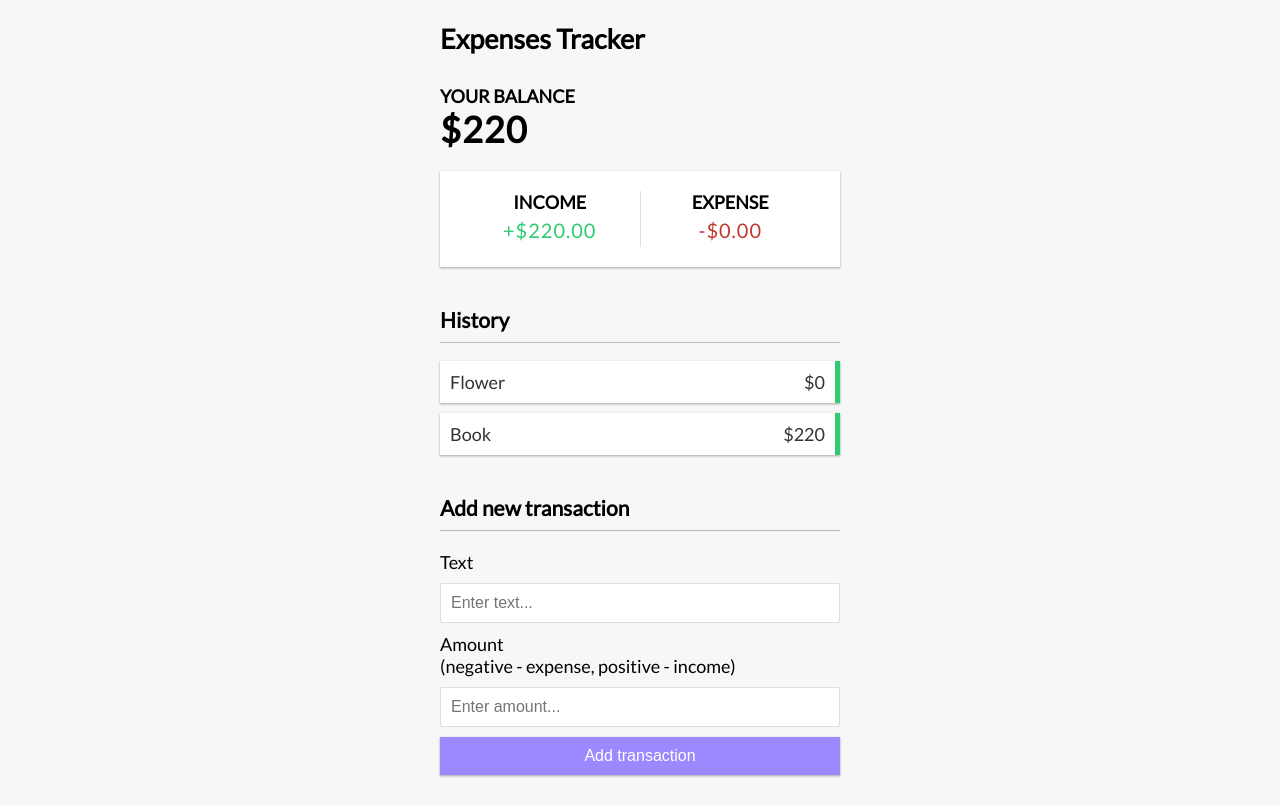
Repository: AyushMahatara/VUE-expense-tracker-app
Page: /
The author's editor kept a copy of each file at every save. The page is drawn from the files as they stood at one save, then again after the next save.
The browser window is 1280 px wide. The pictures show the whole page.
The project was rebuilt for these pictures with package versions that can differ from the ones it lists, and the page was loaded fresh each time. Also part of the build but not shown: vite.config.js.

Above is the page before, as saved 2023-12-29 14:59:49.

After the next save:
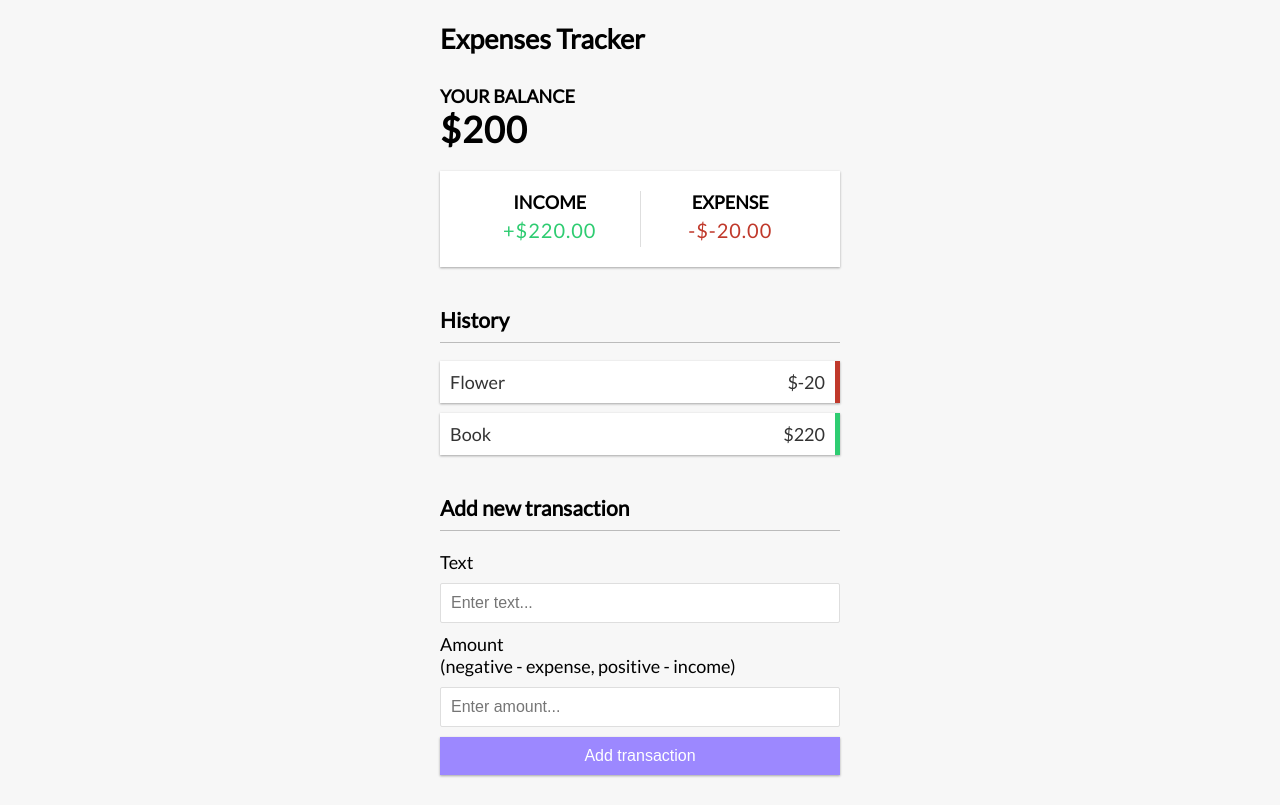
Saved 22 s later.
--- a/src/App.vue
+++ b/src/App.vue
@@ -21,7 +21,7 @@ const transactions = ref([
   {
     id: 1,
     text: "Flower",
-    amount: -0,
+    amount: -20,
   },
   {
     id: 2,
